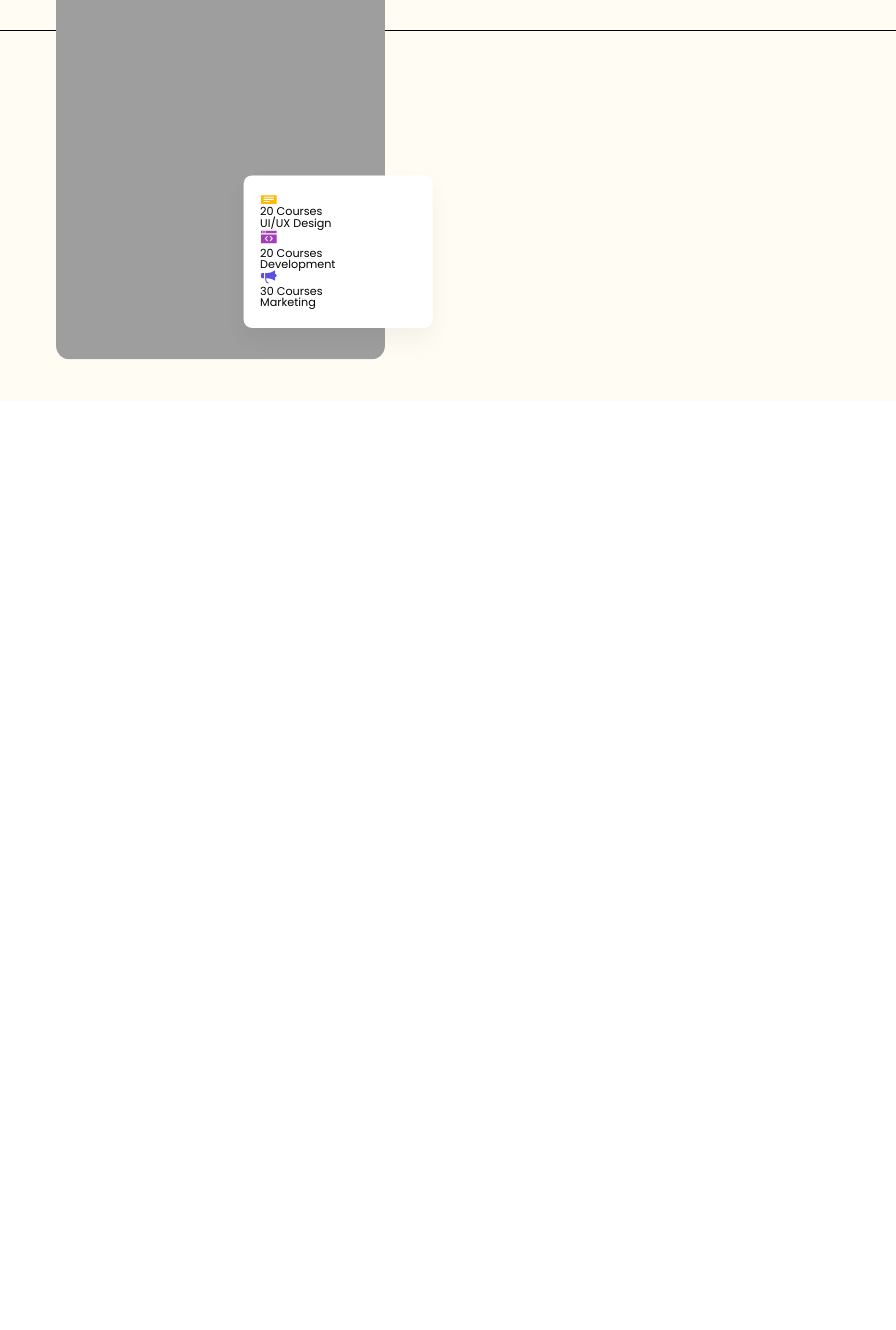
Repository: dovanlanh/f8-project-02
Page: index.html
These files come from the project's save history. The page is drawn as it stood at one moment and after the next save; the edit follows.
The browser window is 1280 px wide. The pictures show the part of the page from y = 322 to 2222 px (the page is 10000 px tall), at 70% of full size.
Pictures or frames that could not be fetched are drawn as grey boxes.

Above is the page before, as saved 2023-02-05 10:36:15.

### index.html
<!DOCTYPE html>
<html lang="en">
<head>
    <meta charset="UTF-8">
    <meta http-equiv="X-UA-Compatible" content="IE=edge">
    <meta name="viewport" content="width=device-width, initial-scale=1.0">
    <title>F8 Project 02</title>
    <!-- reset css -->
    <link rel="stylesheet" href="./assets/css/reset.css">
    <!-- embed fonts -->
    <link rel="preconnect" href="https://fonts.googleapis.com">
    <link rel="preconnect" href="https://fonts.gstatic.com" crossorigin>
    <link href="https://fonts.googleapis.com/css2?family=Poppins:ital,wght@0,400;0,500;0,600;0,700;1,400&family=Sen:wght@700&display=swap" rel="stylesheet">
    <!-- style -->
    <link rel="stylesheet" href="./assets/css/styles.css">
</head>
<body>
    <main style=" height: 10000px">
        <!-- header  -->
        <header class="header fixed">
            <div class="main-content">
                    <div class="body">
                        <!-- logo -->
                        <img src="./assets/img/Lesson.svg" alt="Lesson" class="Logo">
                        <!-- nav -->
                        <nav class="nav">
                            <ul>
                                <li class="active">
                                    <a href="#!">Home</a>
                                </li>
                                <li>
                                    <a href="#!">Courses</a>
                                </li>
                                <li>
                                    <a href="#!">Pricing</a>
                                </li>
                                <li>
                                    <a href="#!">Reviews</a>
                                </li>
                            </ul>
                        </nav>
                        <!-- active -->
                        <div class="action">
                            <a href="#!" class="btn sign-up-btn">Sign Up</a>
                        </div>
                    </div>
            </div>
        </header>
        <!-- Hero -->
        <div class="hero">
            <div class="main-content">
                <div class="body">
                    <!-- Hero left -->
                    <div class="media-block">
                        <img src="./assets/img/guy-lesson.svg" alt="" class="img">
                        <div class="hero-summary">
                            <div class="item">
                                <div class="icon">
                                    <img src="./assets/img/list-icon1.svg" alt="">
                                </div>
                                <div class="info">
                                    <p class="label">20 Courses</p>
                                    <p class="tittle">UI/UX Design</p>
                                </div>
                            </div>
                            <div class="item">
                                <div class="icon">
                                    <img src="./assets/img/list-icon2.svg" alt="">
                                </div>
                                <div class="info">
                                    <p class="label">20 Courses</p>
                                    <p class="tittle">Development</p>
                                </div>
                            </div>
                            <div class="item">
                                <div class="icon">
                                    <img src="./assets/img/list-icon3.svg" alt="">
                                </div>
                                <div class="info">
                                    <p class="label">30 Courses</p>
                                    <p class="tittle">Marketing</p>
                                </div>
                            </div>
                        </div>
                    </div>
                    <!-- hero-right -->
                    <div class="content-block">
                        <h1 class="heading-1v1">Learn without limits and spread knowledge.</h1>
                        <p class="desc">
                            Build new skills for that “this is my year” feeling with courses, certificates, and degrees from world-class universities and companies.
                        </p>
                            <div class="cta-group">
                                <a href="#!" class="btn hero-cta">See Courses</a>
                                <button class="watch-video">
                                    <div class="icon">
                                        <img src="./assets/img/icon-watch-video.svg" alt="">
                                    </div>
                                    <span>Watch Video</span>
                                </button>
                            </div>
                        <p class="desc">Recent engagement</p>
                        <div class="desc stats">
                            <strong>50K</strong>Students
                            <strong>70+</strong>Courses
                        </div>
                    </div>
                </div>
            </div>
        </div>

    </main>
</body>
</html>

### assets/css/styles.css
* {
    box-sizing: border-box;
}

html,
body {
    scroll-behavior: smooth;
    font-size: 62.5%;
}

html {
    font-size: 62.5%;
}

body {
    font-size: 1.6rem;
    font-family: 'Poppins', sans-serif;
}

/* common */
a {
    text-decoration: none;
}
.main-content {
    width: 1170px;
    max-width: calc(100% - 48px);
    margin-left: auto;
    margin-right: auto;
}
.btn {
    min-width: 118px;
    display: inline-block;
    padding: 0 16px;
    align-items: center;
    line-height: 50px;
    font-weight: 600;
    font-size: 1.6rem;
    text-align: center;
    color: #FFFFFF;
    background: #171100;
    border-radius: 24.5px;
}
/* header */
.header {
    background:#FFFCF4;
}
.header.fixed {
    position: sticky;
    top: -32px;
}
.header .body {
    display: flex;
    align-items: center;
    padding: 36px 0 8px;
}
.nav ul {
    display: flex;
}

.nav {
    margin-left: auto;
}
.nav a {
    position: relative;
    padding: 8px 21px;
    font-weight: 400;
    font-size: 1.6rem;
    color: #5F5B53;
}
.nav a:hover,
.nav li.active a {
    text-shadow: 1px 0 0 currentColor;
    color: #171100;
}
.nav li.active a::after {
    left: 21px;
    bottom: 6px;
    display: block;
    content: "";
    position: absolute;
    width: 12px;
    height: 2px;
    background: #171100;
    border-radius: 1px;
}
.header .sign-up-btn {
    min-width: 144px;
}
.header .action {
    margin-left: 49px;
}

/* hero */
.hero {
    padding: 56px;
    background:#FFFCF4;
}
.hero .body {
    display: flex;
}
.hero .media-block {
    width: 48%;
    position: relative;
}
.hero .content-block {
    width: 52%;
}
.hero .media-block .img {
    width: 470px;
    height: 685px;
    object-fit: cover;
    border-radius: 20px;
}
.hero .media-block .hero-summary {
    position: absolute;
    right: 0;
    bottom: 48px;
}
.hero .hero-summary {
    width: 270px;
    padding: 28px 24px;
    background: #FFFFFF;
    box-shadow: 0px 16px 32px rgba(0, 0, 0, 0.05);
    border-radius: 12px;
}

Loaded but not shown: assets/css/reset.css (common file)

After the next save:
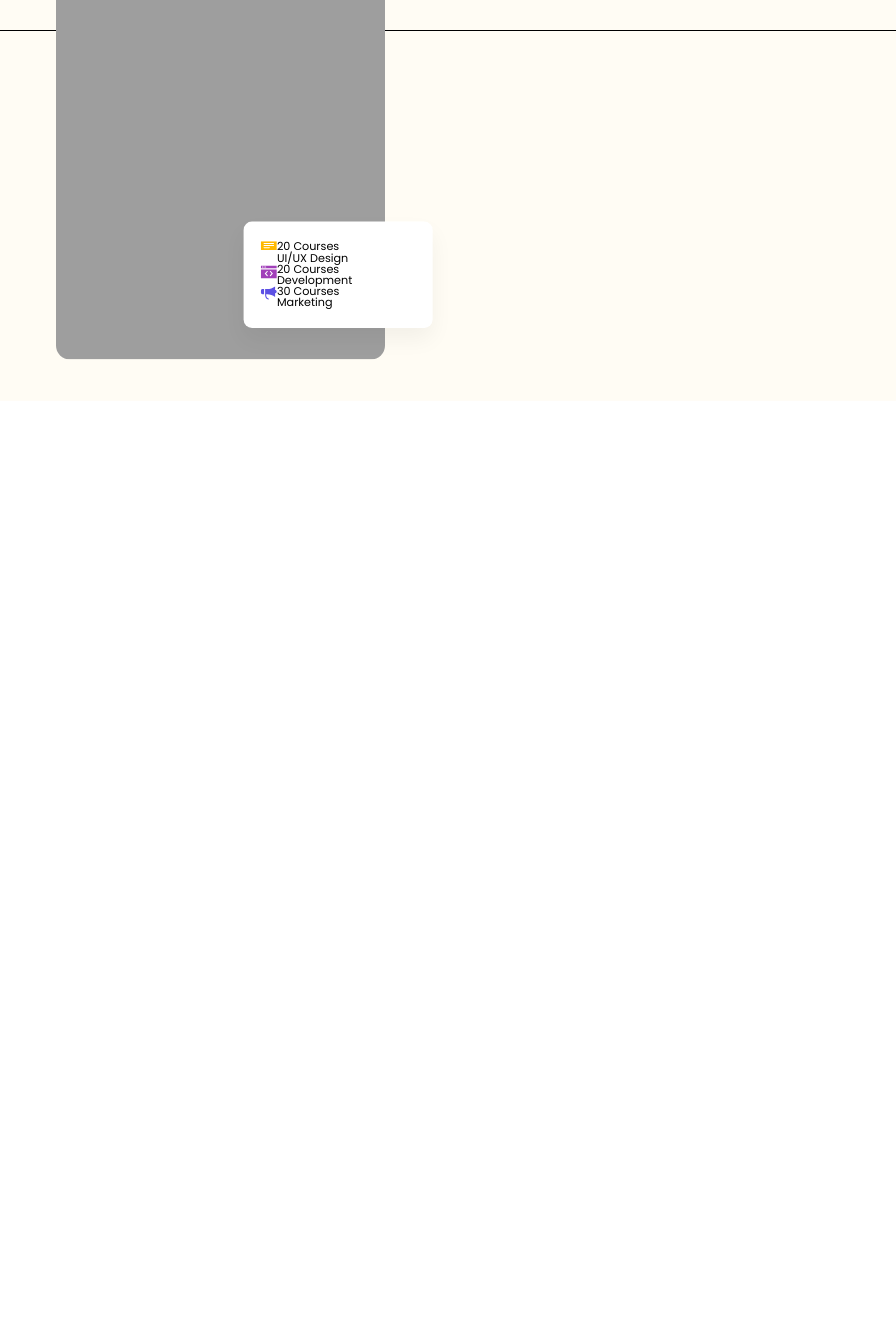
Saved 58 s later.
--- a/assets/css/styles.css
+++ b/assets/css/styles.css
@@ -123,3 +123,6 @@ a {
     box-shadow: 0px 16px 32px rgba(0, 0, 0, 0.05);
     border-radius: 12px;
 }
+.hero-summary .item {
+    display: flex;
+}
